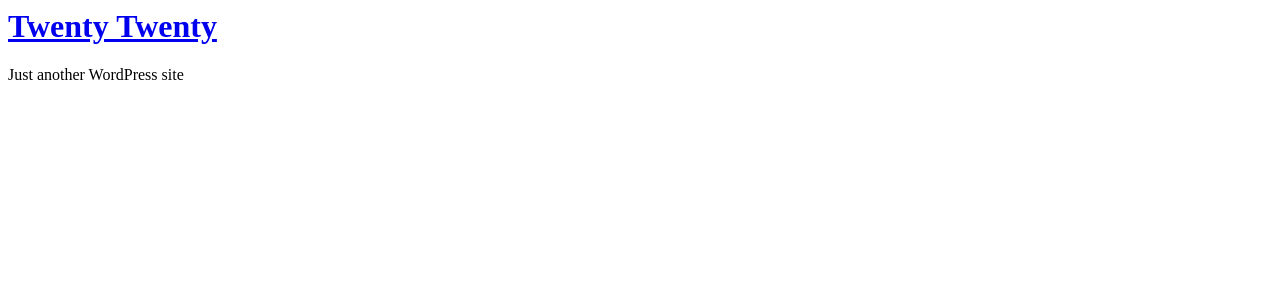
Repository: MutinyGroup/theme
Page: block-template-parts/header.html
An editor plug-in stored every save of this project. The page is shown before and after the next save, followed by the edit.
The browser window is 1280 px wide. The pictures show the whole page.

Above is the page before, as saved 2023-06-19 14:36:35.

### block-template-parts/header.html
<!-- wp:columns {"align":"full"} -->
<div class="wp-block-columns alignfull"><!-- wp:column -->
	<div class="wp-block-column"><!-- wp:heading {"level":1,"className":"is-style-header-site-title"} -->
		<h1 class="is-style-header-site-title" id="site-title"><a href="/">Twenty Twenty</a></h1>
		<!-- /wp:heading -->

		<!-- wp:paragraph {"className":"site-description"} -->
		<p class="site-description">Just another WordPress site</p>
		<!-- /wp:paragraph --></div>
	<!-- /wp:column -->

	<!-- wp:column -->
	<div class="wp-block-column"><!-- wp:navigation {"className":"is-style-header-nav","itemsJustification":"right"} -->
		<!-- wp:navigation-link {"label":"Home","title":"Home","type":"page","url":"/"} /-->

		<!-- wp:navigation-link {"label":"About","title":"About","url":"/about"} /-->

		<!-- wp:navigation-link {"label":"Blog","title":"Blog","url":"/blog"} /-->

		<!-- wp:navigation-link {"label":"Contact","title":"Contact","url":"/contact"} /-->
		<!-- /wp:navigation --></div>
	<!-- /wp:column --></div>
<!-- /wp:columns -->

After the next save:
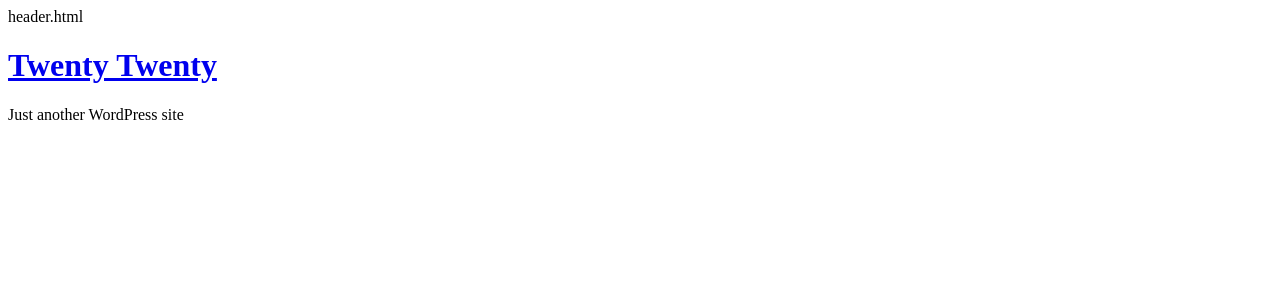
Saved 9 s later.
--- a/block-template-parts/header.html
+++ b/block-template-parts/header.html
@@ -1,3 +1,4 @@
+header.html
 <!-- wp:columns {"align":"full"} -->
 <div class="wp-block-columns alignfull"><!-- wp:column -->
 	<div class="wp-block-column"><!-- wp:heading {"level":1,"className":"is-style-header-site-title"} -->
